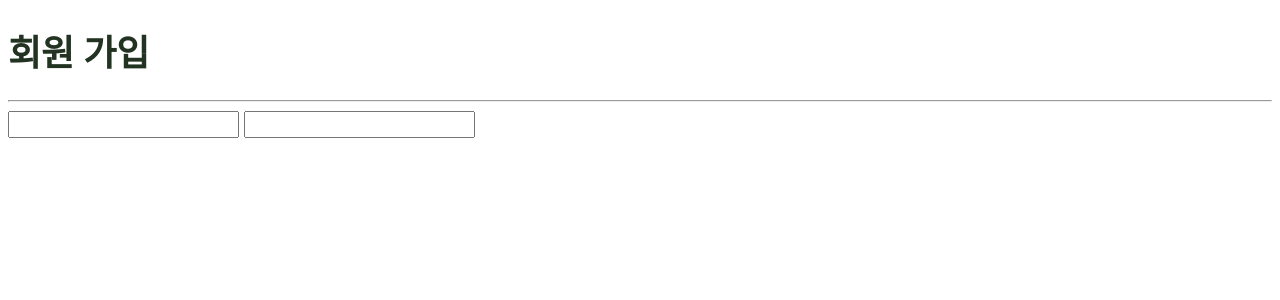
Repository: god5228god/Jsp
Page: WebApp06/WebContent/Send01.html
The author's editor kept a copy of each file at every save. The page is drawn from the files as they stood at one save, then again after the next save.
The browser window is 1280 px wide. The pictures show the whole page.

Above is the page before, as saved 2026-02-27 08:10:02.

After the next save:
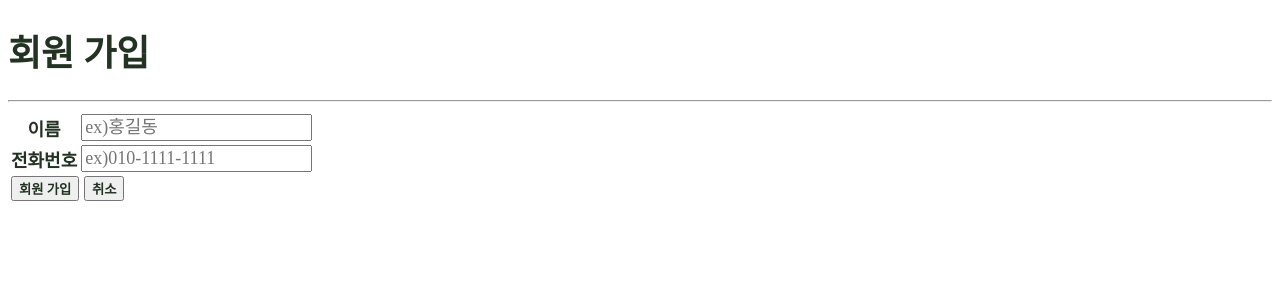
Saved 2 min 6 s later.
--- a/WebApp06/WebContent/Send01.html
+++ b/WebApp06/WebContent/Send01.html
@@ -39,9 +39,27 @@
  	<!-- 4. form의 method 속성은 데이터 전송 및 페이지 요청 방식 지정 -->
  	<!-- → get 또는 post -->
  	<!-- <form action="/WebApp06/Receive01.jsp" method="get"> --><!-- 이렇게 해도 되고 -->
- 	<form action="Receive01.jsp" method="get"><!-- 이렇게 해도 되고 -->
- 		<input type="text" id="userId" name="userId" class="txt"/>
- 		<input type="text" id="userTel" name="userTel" class="txt"/>
+ 	<form action="Receive01.jsp" method="get">					 <!-- 이렇게 해도 된다. -->
+ 		<table>
+ 			<tr>
+ 				<th>이름</th>
+ 				<td>
+ 					<input type="text" id="userName" name="userName" placeholder="ex)홍길동" />
+ 				</td>
+ 			</tr>
+ 			<tr>
+ 				<th>전화번호</th>
+ 				<td>
+ 					<input type="text" id="userTel" name="userTel" placeholder="ex)010-1111-1111" />
+ 				</td>
+ 			</tr>
+ 			<tr>
+ 				<td colspan="2">
+ 					<button type="submit" class="btn">회원 가입</button>
+ 					<button type="reset" class="btn">취소</button>
+ 				</td>
+ 			</tr>
+ 		</table>
 
  	</form>
  </div>
